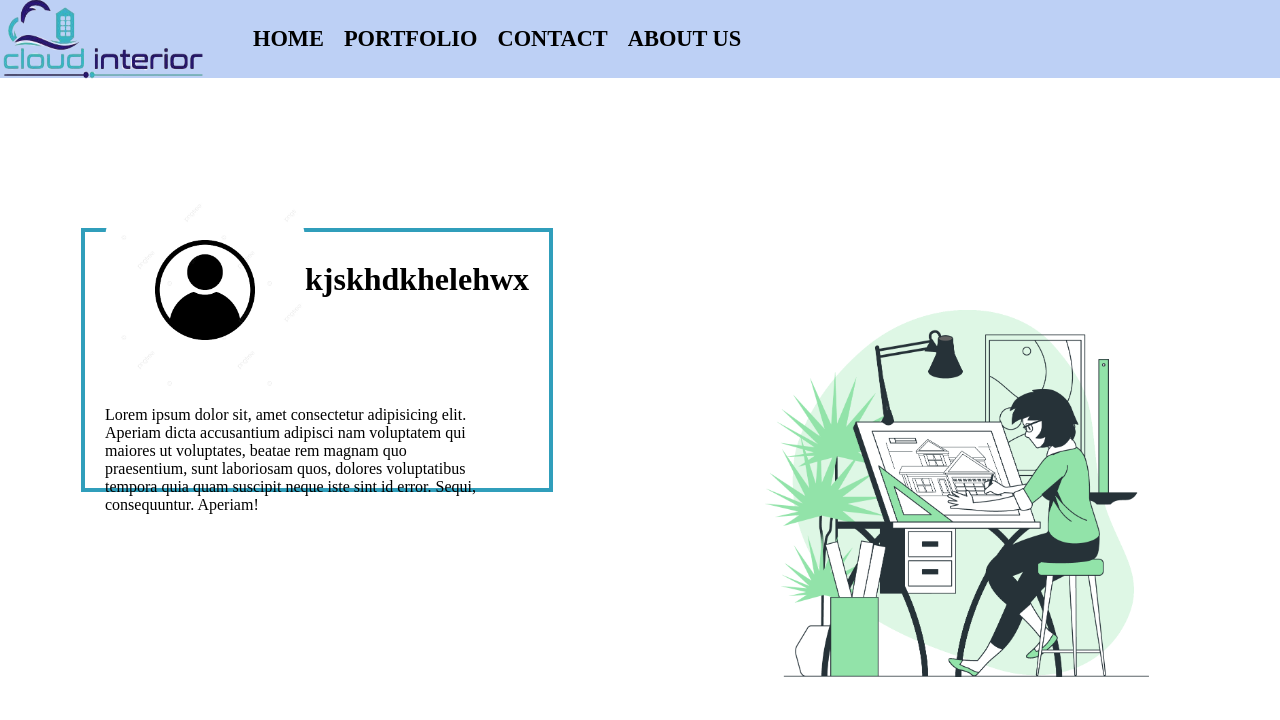
Repository: Ganavid/ganavidgowda.github.io
Page: cloud interior/about.html
An editor plug-in stored every save of this project. The page is shown before and after a run of saves, followed by the edit.
The browser window is 1280 px wide. The pictures show the whole page.

Above is the page before, as saved 2023-03-04 13:09:49.

After the next 4 saves:
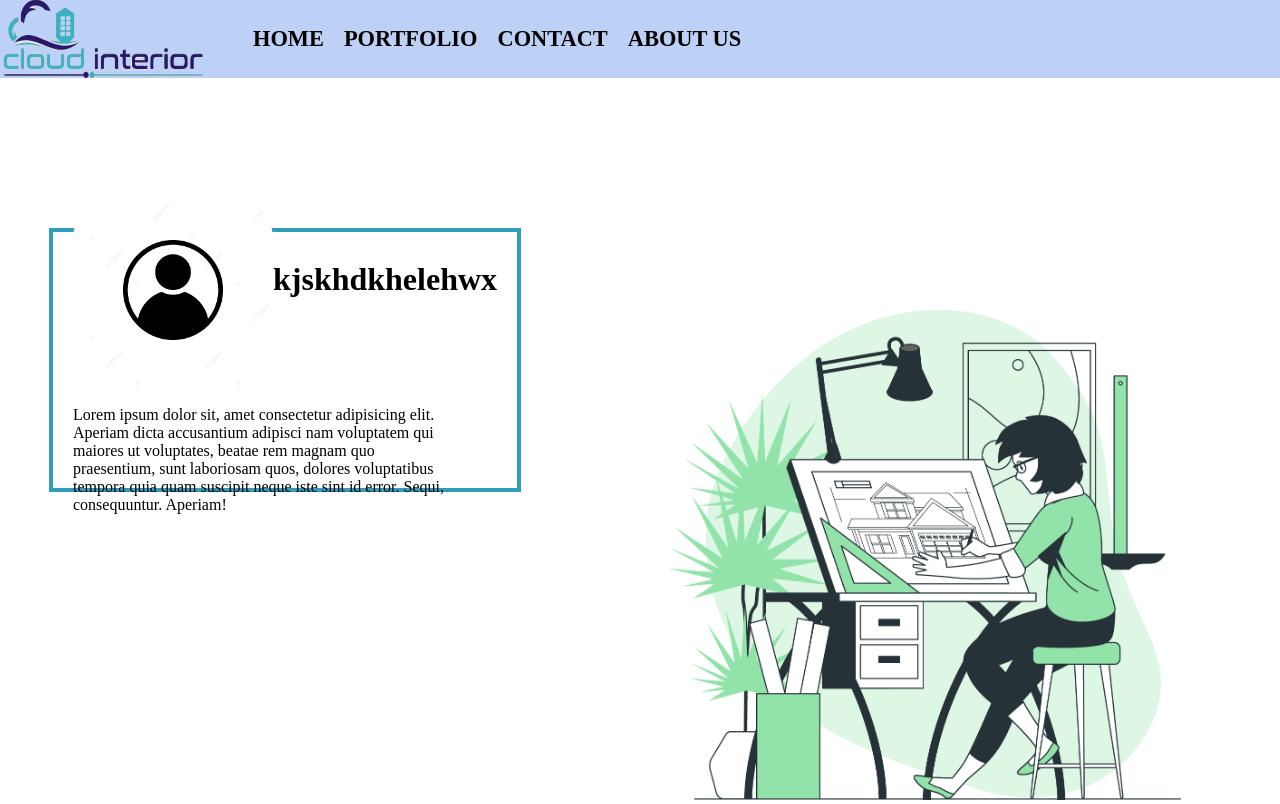
The 4 saves are shown as one change because they came seconds apart.
The last was saved 39 s later.
--- a/cloud interior/about.css
+++ b/cloud interior/about.css
@@ -107,8 +107,9 @@ nav {
 }
 
 #imgl{
-    width: 30vw;
+    width: 40vw;
     /* height: 30vh; */
+    margin-bottom: ;
 }
 
 h1 {
